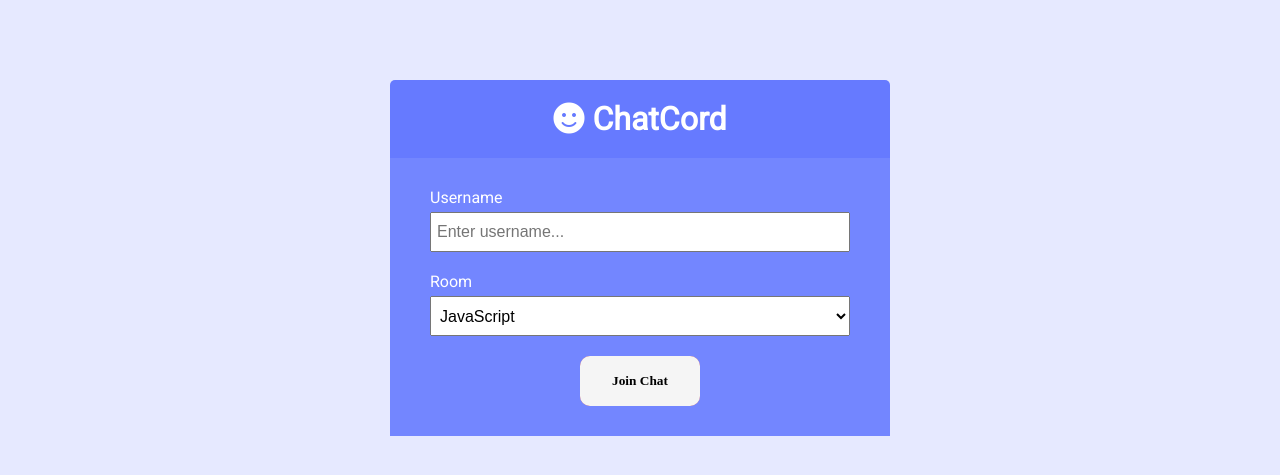
Repository: satyam12116/chat
Page: public/index.html
These files come from the project's save history. The page is drawn as it stood at one moment and after a run of saves; the edit follows.
The browser window is 1280 px wide. The pictures show the whole page.
Some web libraries are served in a nearby version.

Above is the page before, as saved 2023-03-26 10:42:20.

After the next 3 saves:
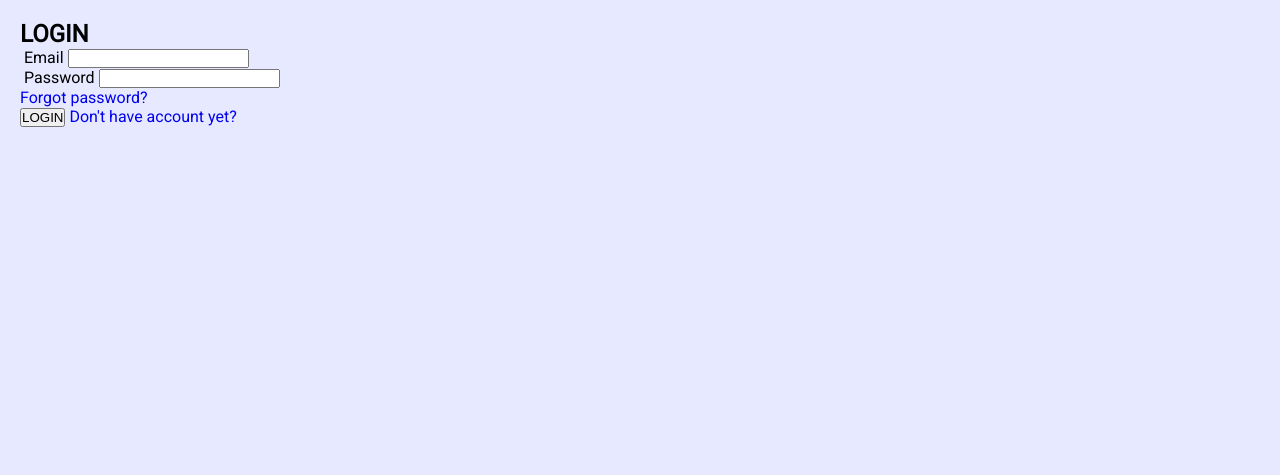
The 3 saves are shown as one change because they came seconds apart.
The last was saved 5 min 14 s later.
--- a/public/index.html
+++ b/public/index.html
@@ -14,7 +14,7 @@
 		<title>ChatCord App</title>
 	</head>
 	<body>
-		<div class="join-container">
+		<!-- <div class="join-container">
 			<header class="join-header">
 				<h1><i class="fas fa-smile"></i> ChatCord</h1>
 			</header>
@@ -44,6 +44,30 @@
 					<button type="submit"class="glow-on-hover">Join Chat</button>
 				</form>
 			</main>
-		</div>
+		</div> -->
+		<div id="card">
+			<div id="card-content">
+			  <div id="card-title">
+				<h2>LOGIN</h2>
+				<div class="underline-title"></div>
+			  </div>
+			  <form method="post" class="form">
+				<label for="user-email" style="padding-top:13px">
+					&nbsp;Email
+				  </label>
+				<input id="user-email" class="form-content" type="email" name="email" autocomplete="on" required />
+				<div class="form-border"></div>
+				<label for="user-password" style="padding-top:22px">&nbsp;Password
+				  </label>
+				<input id="user-password" class="form-content" type="password" name="password" required />
+				<div class="form-border"></div>
+				<a href="#">
+				  <legend id="forgot-pass">Forgot password?</legend>
+				</a>
+				<input id="submit-btn" type="submit" name="submit" value="LOGIN" />
+				<a href="#" id="signup">Don't have account yet?</a>
+			  </form>
+			</div>
+		  </div>
 	</body>
 </html>
